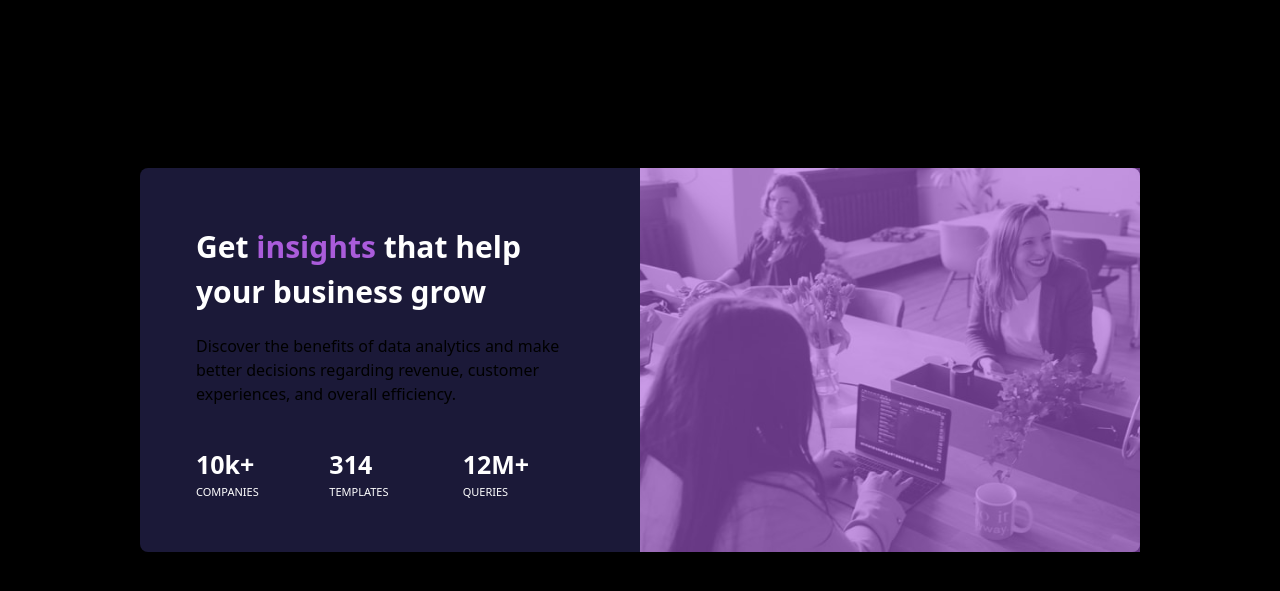
Repository: BerlinWebDev/FrontendMaster_PreviewMentor
Page: /
These files come from the project's save history. The page is drawn as it stood at one moment and after the next save; the edit follows.
The browser window is 1280 px wide. The pictures show the whole page.
The project was rebuilt for these pictures with package versions that can differ from the ones it lists, and the page was loaded fresh each time.

Above is the page before, as saved 2023-11-11 20:06:34.

### src/App.js
import Image from "./assets/image-header-desktop.jpg";

function App() {
  return (
    <>
      <header>
        <title>Challenge</title>
        <meta name="description" content="Challenge" />
        <link rel="icon" href="/favicon.ico" />
      </header>
      <main className="flex min-h-screen flex-col items-center justify-center bg-black">
        <div className="flex h-96 w-[1000px] rounded-lg bg-[#1b1938]">
          <aside className="w-1/2  rounded-l-lg">
            <div className="p-14">
              <div className="text-[30px] text-white font-bold">
                Get <span className="text-[#aa5cdb]">insights</span> that help
                <br />
                your business grow
              </div>
              <div className="mt-5">
                <p className="text-[#ffffffbf]] font-normal">
                  Discover the benefits of data analytics and make better
                  decisions regarding revenue, customer experiences, and overall
                  efficiency.
                </p>
              </div>
              <div className="mt-10 grid grid-cols-3 gap-3">
                <div className="text-white">
                  <div className="text-[25px] font-bold">10k+</div>
                  <div className="uppercase text-[11px] font-light">
                    Companies
                  </div>
                </div>
                <div className="text-white">
                  <div className="text-[25px] font-bold">314</div>
                  <div className="uppercase text-[11px] font-light">
                    Templates
                  </div>
                </div>
                <div className="text-white font-bold">
                  <div className="text-[25px] font-bold">12M+</div>
                  <div className="uppercase text-[11px] font-light">
                    Queries
                  </div>
                </div>
              </div>
            </div>
          </aside>
          <aside className="w-1/2  rounded-lg relative">
            <div className="absolute inset-0 bg-[#aa5cdb] opacity-60"></div>
            <img
              className=" h-full w-full rounded-r-lg"
              src={Image}
              alt="Header-Desktop"
            />
          </aside>
        </div>
      </main>
    </>
  );
}

export default App;

Loaded but not shown: public/index.html (common file); src/index.js (common file); src/index.css (common file); tailwind.config.js (common file)

After the next save:
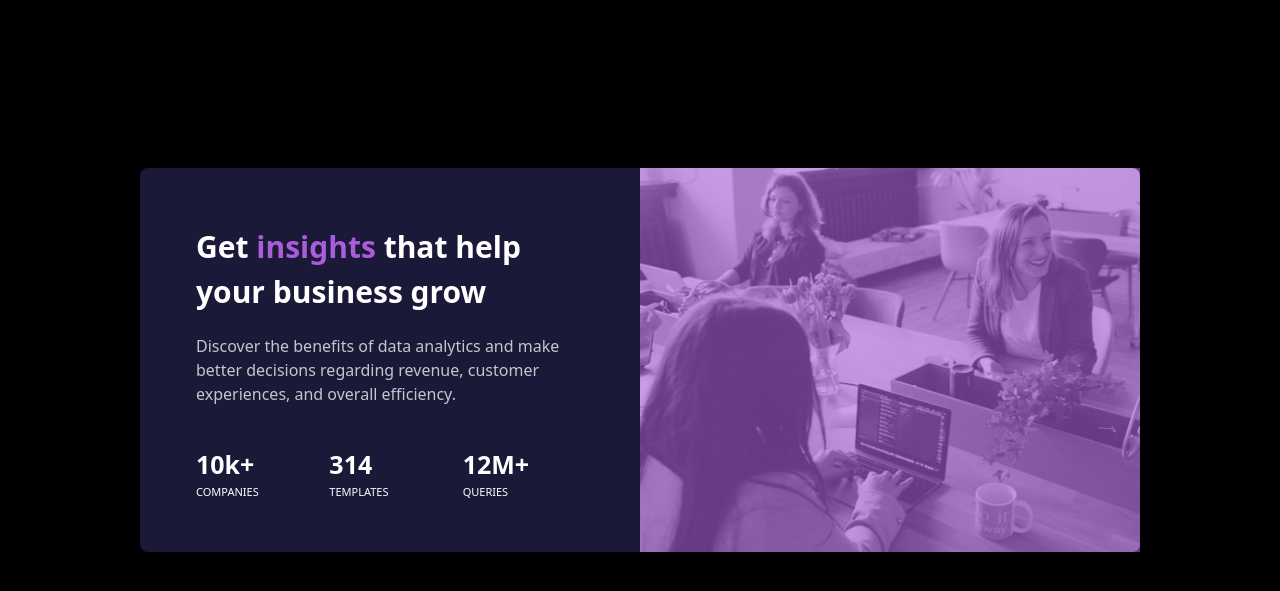
Saved 10 s later.
--- a/src/App.js
+++ b/src/App.js
@@ -18,7 +18,7 @@ function App() {
                 your business grow
               </div>
               <div className="mt-5">
-                <p className="text-[#ffffffbf]] font-normal">
+                <p className="text-[#ffffffbf] font-normal">
                   Discover the benefits of data analytics and make better
                   decisions regarding revenue, customer experiences, and overall
                   efficiency.
